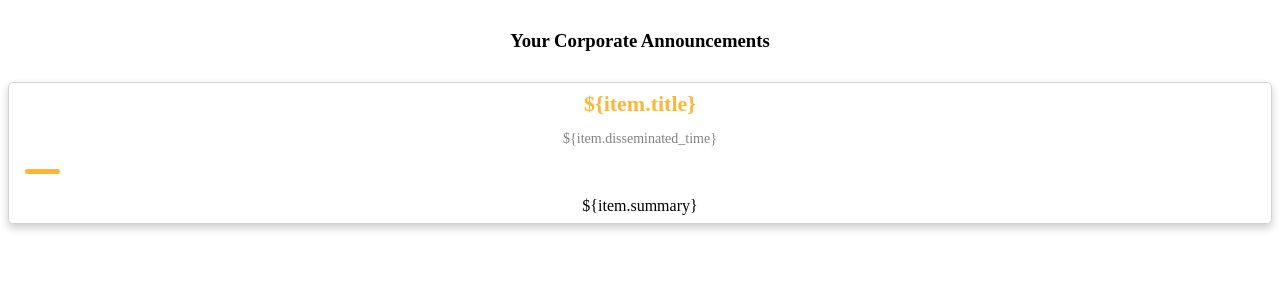
Repository: bhumikagohil/announcements
Page: card1.html
The author's editor kept a copy of each file at every save. The page is drawn from the files as they stood at one save, then again after the next save.
The browser window is 1280 px wide. The pictures show the whole page.
The page's requests for data from a server got no answer.

Above is the page before, as saved 2021-05-10 12:33:02.

After the next save:
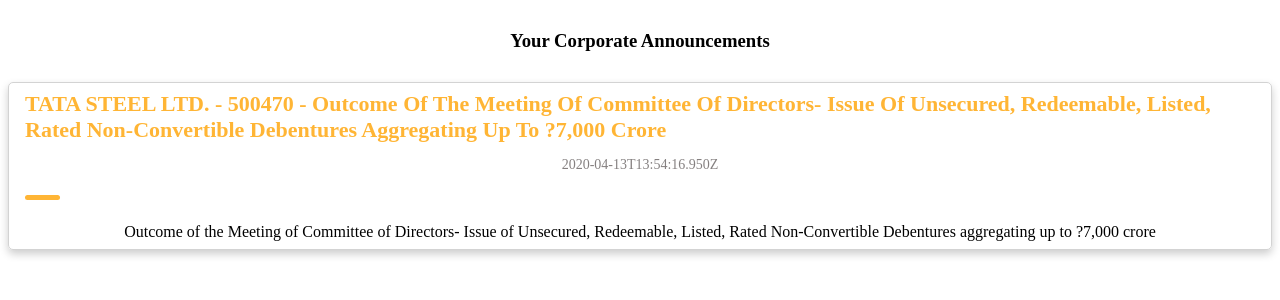
Saved 9 min 20 s later.
--- a/card1.html
+++ b/card1.html
@@ -13,11 +13,13 @@
     <div class="cards-container">
 
         <div class="card">
-            <h5 class="title"> ${item.title} </h5>
-            <p class="time"> ${item.disseminated_time}</p>
+            <h5 class="title"> TATA STEEL LTD. - 500470 - Outcome Of The Meeting Of Committee Of Directors- Issue Of Unsecured, Redeemable, Listed, Rated
+                Non-Convertible Debentures Aggregating Up To ?7,000 Crore</h5>
+            <p class="time">2020-04-13T13:54:16.950Z</p>
             <hr/>
             <div class="summary">
-                ${item.summary}
+                Outcome of the Meeting of Committee of Directors- Issue of Unsecured, Redeemable, Listed, Rated
+                Non-Convertible Debentures aggregating up to ?7,000 crore
             </div>
             </div>
     </div>
